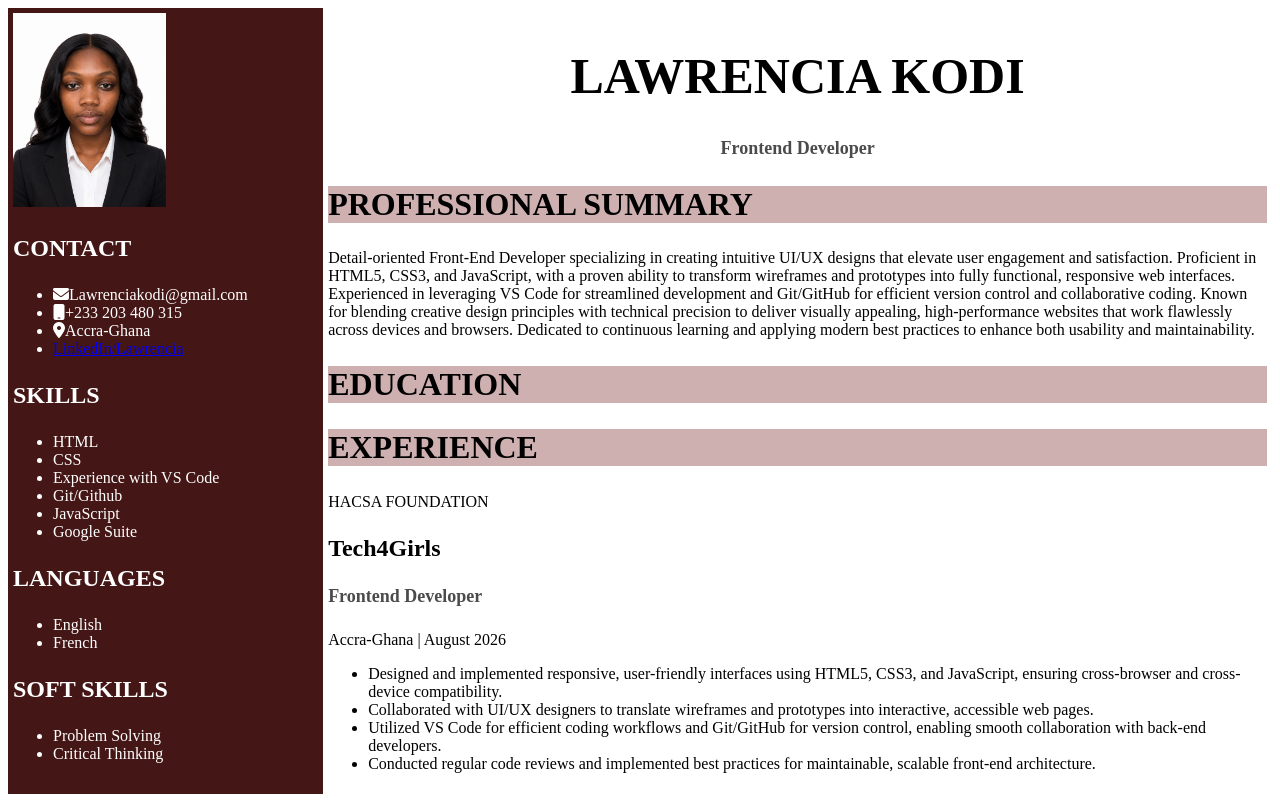
Repository: lawrencia-coder/T4G_CV
Page: index.html
The author's editor kept a copy of each file at every save. The page is drawn from the files as they stood at one save, then again after a run of saves.
The browser window is 1280 px wide. The pictures show the whole page.
Some icons come from a web library that is not loaded, so they are not drawn. Some web libraries are served in a nearby version.

Above is the page before, as saved 2026-07-15 08:02:36.

After the next 2 saves:
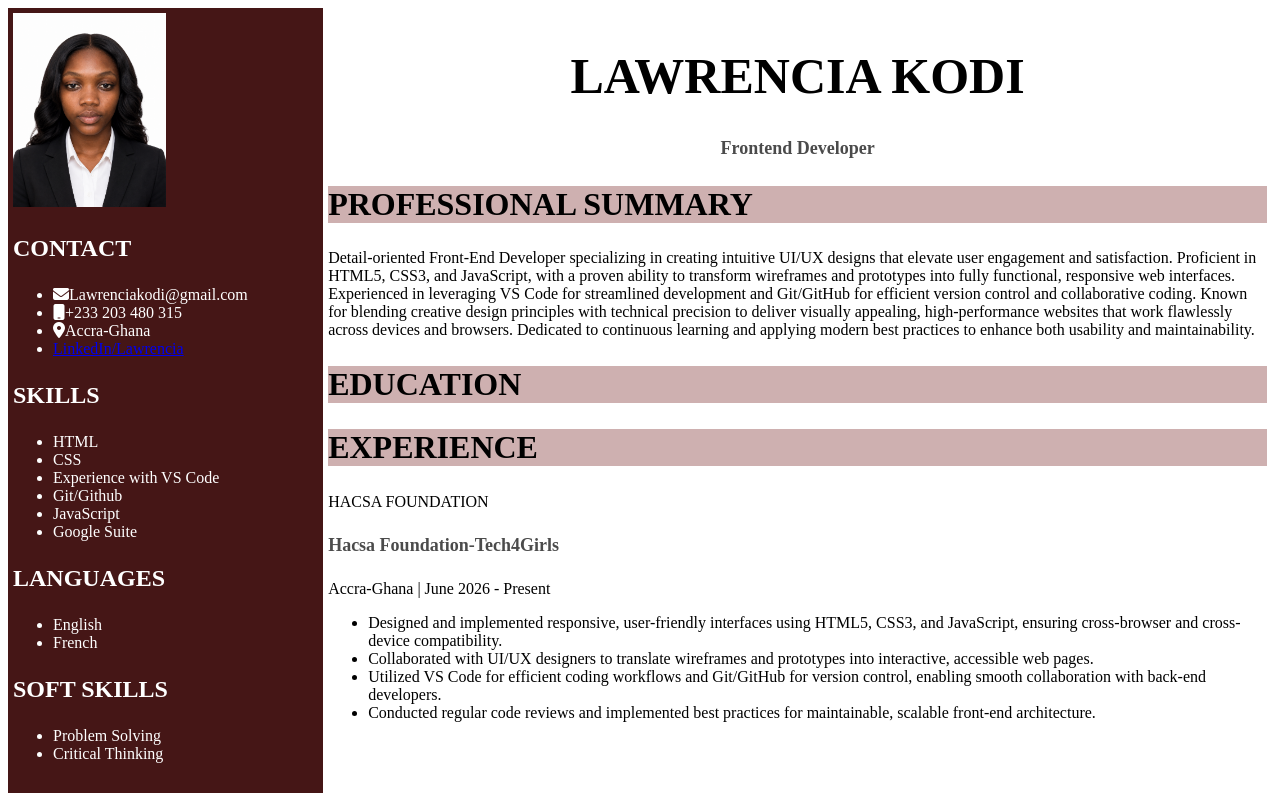
The 2 saves are shown as one change because they came seconds apart.
The last was saved 30 s later.
--- a/index.html
+++ b/index.html
@@ -65,9 +65,9 @@
 
                 <h2>EXPERIENCE</h2>
                 <p>HACSA FOUNDATION</p>
-                    <h3>Tech4Girls</h3>
-                    <h4>Frontend Developer</h4>
-                    <p2>Accra-Ghana   |   August 2026</p2>
+                    <h3></h3>
+                    <h4>Hacsa Foundation-Tech4Girls </h4>
+                    <p2>Accra-Ghana   |   June 2026 - Present</p2>
                 </p>
                  <p>
                     <ul>
